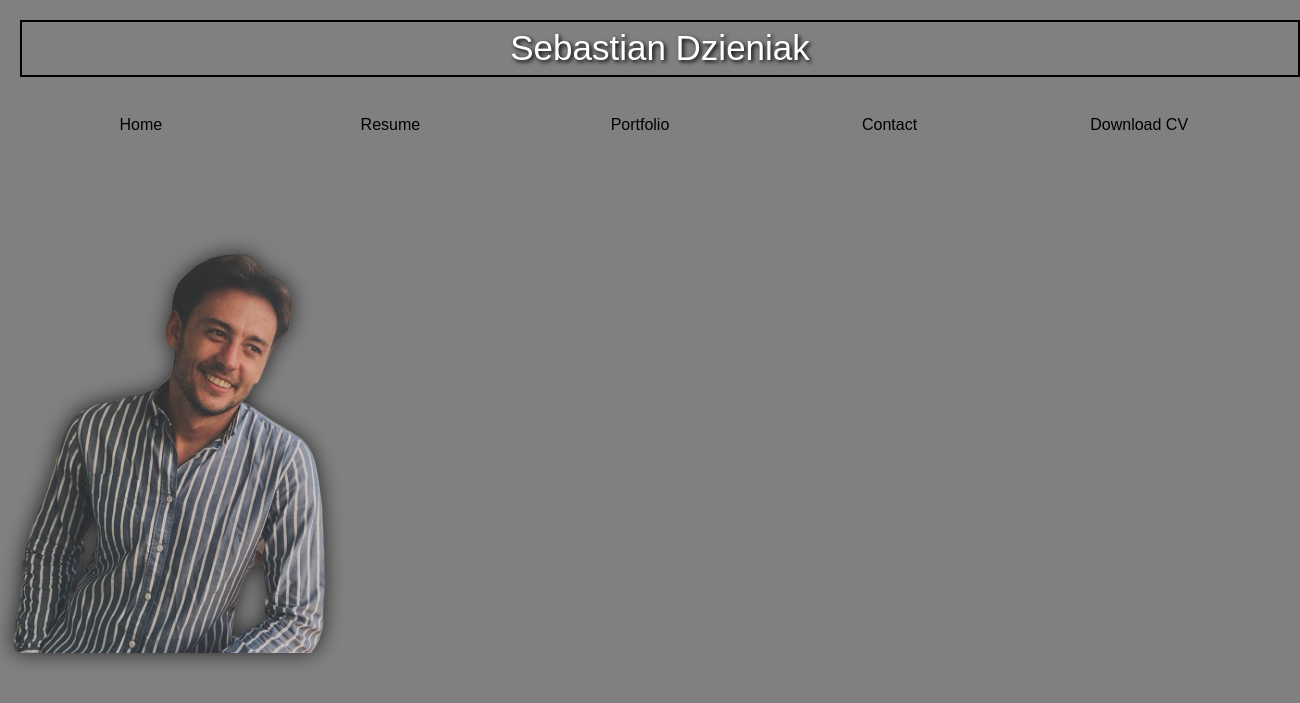
Repository: Code-Institute-Submissions/sebson1990-portfolio.sebastian
Page: index.html
The author's editor kept a record of every edit. The page is drawn from the files as they stood at one moment, then again after the next edit.
The browser window is 1280 px wide. The page is 1300 px wide, then 1280 px, so the pictures cover 1300 px, including what lies to the right of the window. The pictures show the whole page.

Above is the page before.

### index.html
<!DOCTYPE html>
<html lang="en">

<head>
    <meta charset="UTF-8">
    <meta name="viewport" content="width=device-width, initial-scale=1.0">
    <meta http-equiv="X-UA-Compatible" content="ie=edge">
    <title>Portfolio Sebastian Dzieniak</title>
    <link rel="stylesheet" href="https://stackpath.bootstrapcdn.com/bootstrap/4.3.1/css/bootstrap.min.css" type="text/css">
    <link rel="stylesheet" href="css/style.css" type="text/css" />
</head>

<body>
    <header>
    <row>
        <div class="col-12 logo">Sebastian Dzieniak</div>

    <ul class="nav nav-pills nav-justified navbar">
        <li class="nav-item nav-blocks">
            <a class="nav-link menu-item" href="#">Home</a>
        </li>
        <li class="nav-item nav-blocks">
            <a class="nav-link menu-item" href="#">Resume</a>
        </li>
        <li class="nav-item nav-blocks">
            <a class="nav-link menu-item" href="#">Portfolio</a>
        </li>
        <li class="nav-item nav-blocks">
            <a class="nav-link menu-item" href="#">Contact</a>
        </li>
        <li class="nav-item nav-blocks">
            <a class="nav-link menu-item" href="#">Download CV</a>
        </li>
    </ul>
    </header>
    <div>
        <img class="profilepic" src="assets/profile3.png" alt="profile picture">
    </div>

</body>

</html>

### css/style.css
/*-------------------navbar*/

.logo {
    font-size: 35px;
    color: White;
    text-align: center;
    font-family: 'Pacifico', sans-serif;
    font-weight: 400;
    text-shadow: 2px 2px 4px #000000;
    margin: 20px;
    padding-left: 300px;
    padding-right: 300px;
    border: 2px solid black;
}

.menu-item {
    color: black;
    font-family: 'Pacifico', sans-serif;
    font-weight: 400;
    color: #000000;
}

.navbar {
    text-align: center;
}

/*-------------------------------------------body*/

body {
    background-color: grey;


}

.profilepic {
    opacity: 0.7;
    background-position: right 300px;
    background-repeat: no-repeat;
    filter: drop-shadow(0 0 10px #000);

}

After the next edit:
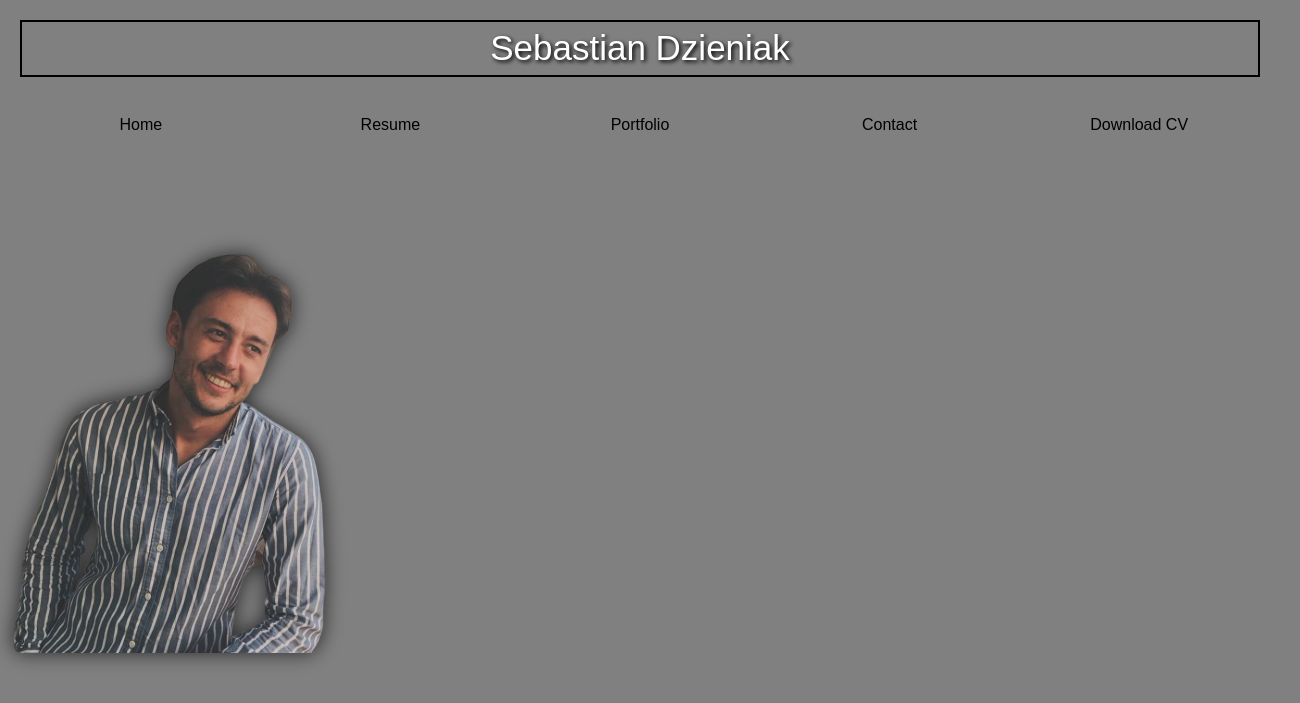
The edit:
--- a/index.html
+++ b/index.html
@@ -12,26 +12,26 @@
 
 <body>
     <header>
-    <row>
-        <div class="col-12 logo">Sebastian Dzieniak</div>
 
-    <ul class="nav nav-pills nav-justified navbar">
-        <li class="nav-item nav-blocks">
-            <a class="nav-link menu-item" href="#">Home</a>
-        </li>
-        <li class="nav-item nav-blocks">
-            <a class="nav-link menu-item" href="#">Resume</a>
-        </li>
-        <li class="nav-item nav-blocks">
-            <a class="nav-link menu-item" href="#">Portfolio</a>
-        </li>
-        <li class="nav-item nav-blocks">
-            <a class="nav-link menu-item" href="#">Contact</a>
-        </li>
-        <li class="nav-item nav-blocks">
-            <a class="nav-link menu-item" href="#">Download CV</a>
-        </li>
-    </ul>
+        <div class="logo">Sebastian Dzieniak</div>
+
+        <ul class="nav nav-pills nav-justified navbar">
+            <li class="nav-item nav-blocks menu-blocks">
+                <a class="nav-link menu-item" href="#">Home</a>
+            </li>
+            <li class="nav-item nav-blocks">
+                <a class="nav-link menu-item" href="#">Resume</a>
+            </li>
+            <li class="nav-item nav-blocks">
+                <a class="nav-link menu-item" href="#">Portfolio</a>
+            </li>
+            <li class="nav-item nav-blocks">
+                <a class="nav-link menu-item" href="#">Contact</a>
+            </li>
+            <li class="nav-item nav-blocks">
+                <a class="nav-link menu-item" href="#">Download CV</a>
+            </li>
+        </ul>
     </header>
     <div>
         <img class="profilepic" src="assets/profile3.png" alt="profile picture">
